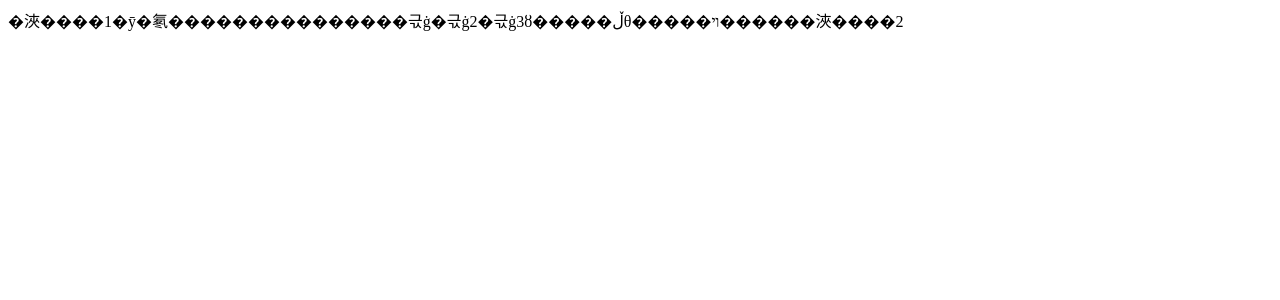
Repository: mouse2021/test_01
Page: http://localhost/hello.php
The author's editor kept a copy of each file at every save. The page is drawn from the files as they stood at one save, then again after the next save.
The browser window is 1280 px wide. The pictures show the whole page.
The page is run by PHP 8.4 with error messages shown; the project is at /var/www/html/.

Above is the page before, as saved 2015-10-27 17:34:30.

### study2/hello.php
<?php
	echo "충돌예방1";
	echo "안녕";
	echo "방가";
	echo "감자탕";
	echo "고구마탕";
	echo "브렌치";
	echo "브렌치2";
	echo "브렌치3";
	echo "호박죽";
	echo "자두맛";
	echo "콩맛죽";
	echo "깨맛죽";
	echo "충돌예방2";
?>

After the next save:
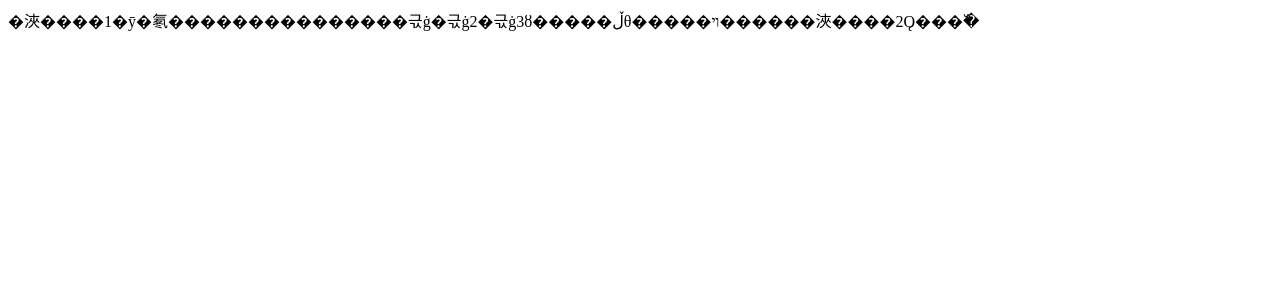
Saved 9 h 2 min later.
--- a/study2/hello.php
+++ b/study2/hello.php
@@ -12,4 +12,5 @@
 	echo "콩맛죽";
 	echo "깨맛죽";
 	echo "충돌예방2";
+	echo "푸쉬추가";
 ?>
